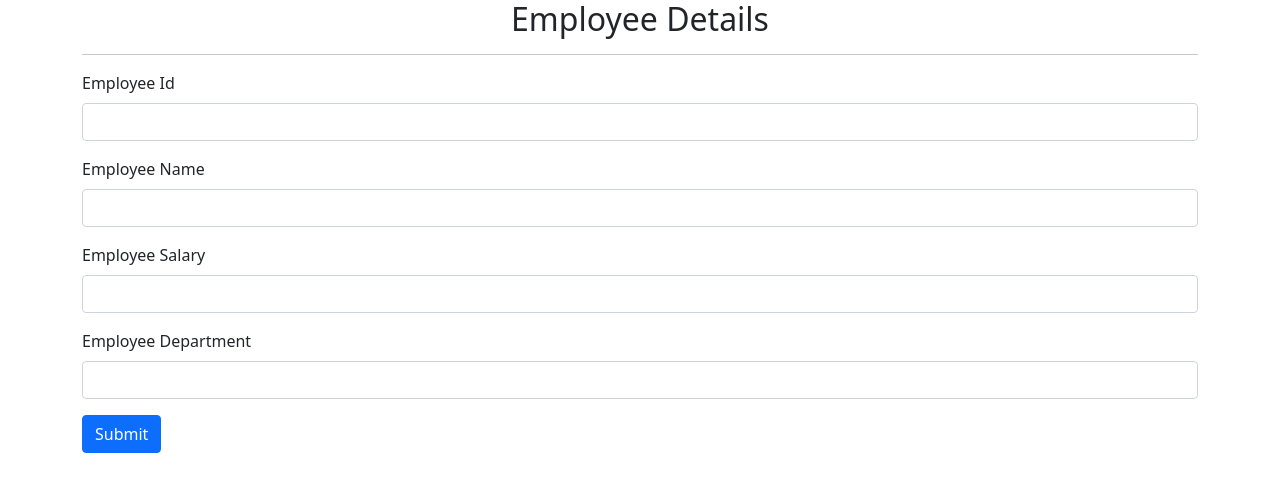
Repository: bhatideepak599/JspServlets
Page: http://localhost/10-student-mvc-db/add-Employee.jsp
The author's editor kept a copy of each file at every save. The page is drawn from the files as they stood at one save, then again after the next save.
The browser window is 1280 px wide. The pictures show the whole page.
The page is served by Tomcat 9. Other server files are loaded and not shown.

Above is the page before, as saved 2024-07-17 07:52:03.

### 10-student-mvc-db/WebContent/add-Employee.jsp
<%@ page language="java" contentType="text/html; charset=ISO-8859-1"
	pageEncoding="ISO-8859-1"%>
<!DOCTYPE html>
<html>
<head>
<meta charset="ISO-8859-1">
<title>Insert title here</title>
<link
	href="https://cdn.jsdelivr.net/npm/bootstrap@5.0.2/dist/css/bootstrap.min.css"
	rel="stylesheet"
	integrity="sha384-EVSTQN3/azprG1Anm3QDgpJLIm9Nao0Yz1ztcQTwFspd3yD65VohhpuuCOmLASjC"
	crossorigin="anonymous">
<script
	src="https://cdn.jsdelivr.net/npm/bootstrap@5.0.2/dist/js/bootstrap.bundle.min.js"
	integrity="sha384-MrcW6ZMFYlzcLA8Nl+NtUVF0sA7MsXsP1UyJoMp4YLEuNSfAP+JcXn/tWtIaxVXM"
	crossorigin="anonymous"></script>
</head>
<body>
	<div class="container">

		<div class="text-center">

			<p class="h2">Employee Details</p>

		</div>
		<hr>
		<form action ="Student">
			<input type="hidden" name="command" value="add"/>
			<div class="mb-3">
				<label for="Id" class="form-label">Employee Id</label> <input type="text" class="form-control"
					id="Id" name="Id" aria-describedby="emailHelp">

			</div>
			<div class="mb-3">
				<label for="name" class="form-label">Employee Name</label> <input type="text" class="form-control"
					id="name" name="name" aria-describedby="emailHelp">

			</div>
			<div class="mb-3">
				<label for="salary" class="form-label">Employee Salary</label> <input type="text" class="form-control"
					id="salary" name="salary" aria-describedby="emailHelp">

			</div>
			<div class="mb-3">
				<label for="dept" class="form-label">Employee Department</label> <input type="text" class="form-control"
					id="dept" name="dept" aria-describedby="emailHelp">

			</div>
			<button type="submit" class="btn btn-primary">Submit</button>
		</form>

	</div>

</body>
</html>

After the next save:
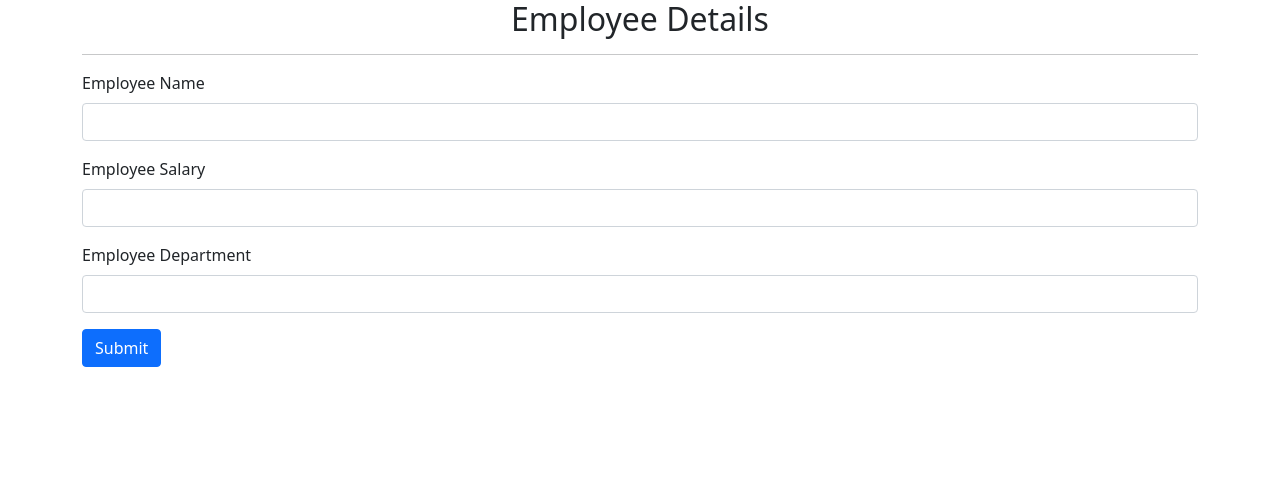
Saved 43 min 54 s later.
--- a/10-student-mvc-db/WebContent/add-Employee.jsp
+++ b/10-student-mvc-db/WebContent/add-Employee.jsp
@@ -26,11 +26,11 @@
 		<hr>
 		<form action ="Student">
 			<input type="hidden" name="command" value="add"/>
-			<div class="mb-3">
+			<!-- <div class="mb-3">
 				<label for="Id" class="form-label">Employee Id</label> <input type="text" class="form-control"
 					id="Id" name="Id" aria-describedby="emailHelp">
 
-			</div>
+			</div> -->
 			<div class="mb-3">
 				<label for="name" class="form-label">Employee Name</label> <input type="text" class="form-control"
 					id="name" name="name" aria-describedby="emailHelp">
